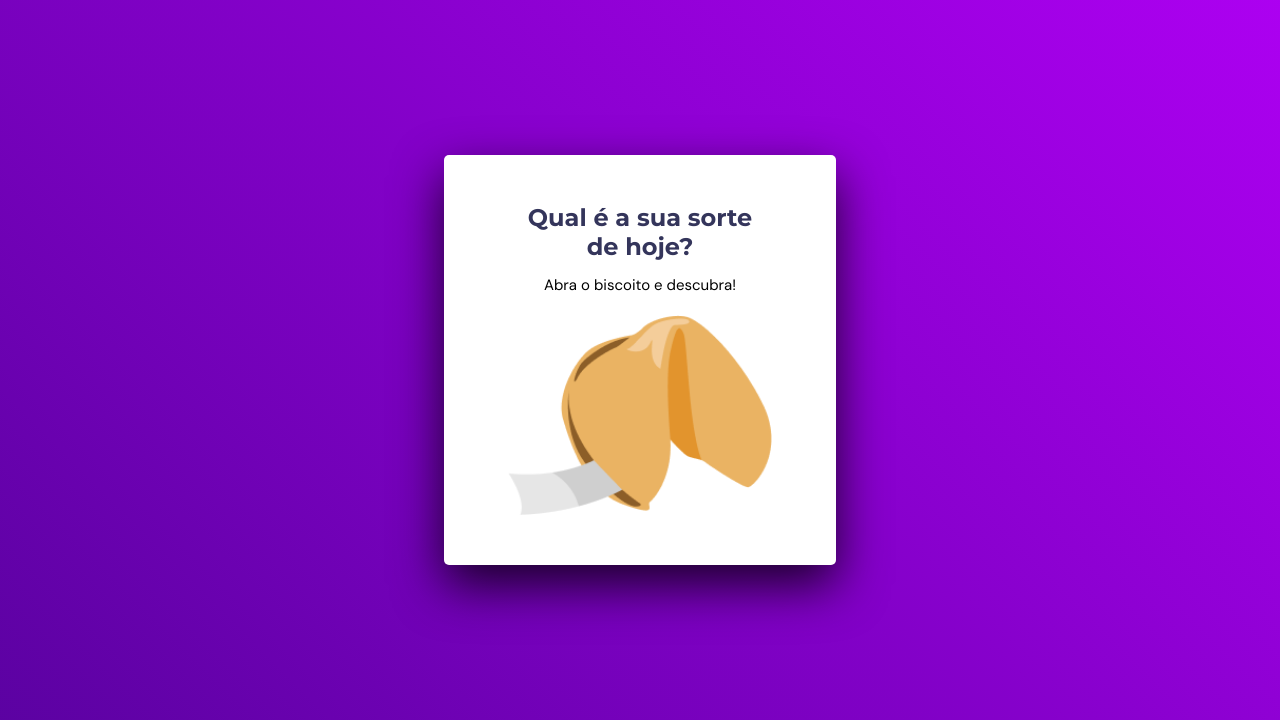
Repository: caueenrico/cookieCoach
Page: index.html
These files come from the project's save history. The page is drawn as it stood at one moment and after a run of saves; the edit follows.
The browser window is 1280 px wide. The pictures show the whole page.

Above is the page before, as saved 2023-06-27 16:39:32.

After the next 2 saves:
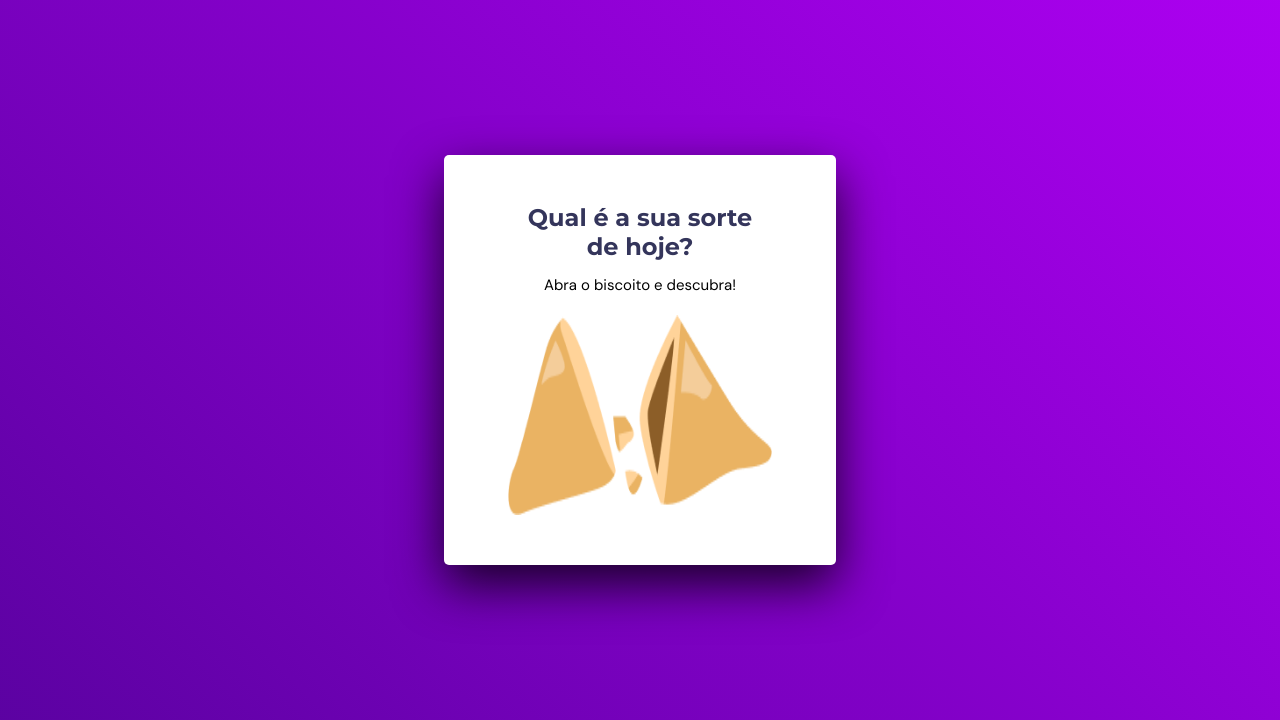
The 2 saves are shown as one change because they came seconds apart.
The last was saved 17 s later.
--- a/index.html
+++ b/index.html
@@ -30,7 +30,7 @@
           de hoje?
         </h1>
         <p>Abra o biscoito e descubra!</p>
-        <img src="/biscoitoClose.png" alt="" />
+        <img src="/opened-cookie.png" alt="" />
       </div>
 
     </main>
